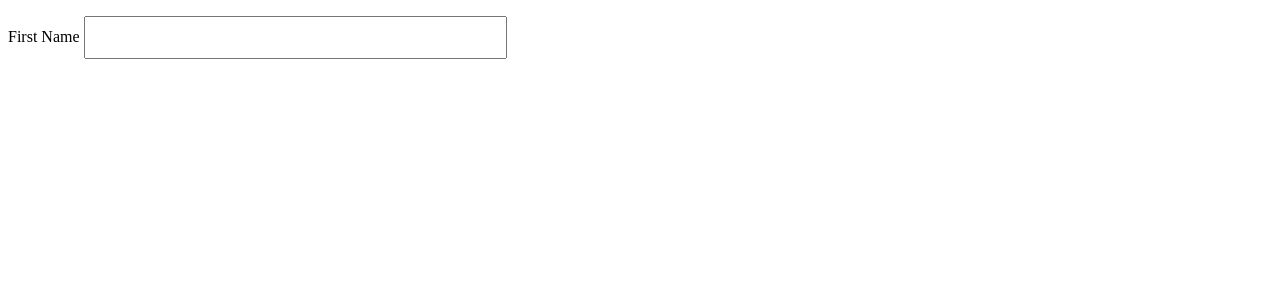
Repository: mubashirkhan1/Corejsvs__Programs
Page: http://localhost/TestWeb/hiddenform.jsp
An editor plug-in stored every save of this project. The page is shown before and after the next save, followed by the edit.
The browser window is 1280 px wide. The pictures show the whole page.
The page is served by Tomcat 9.

Above is the page before, as saved 2021-03-09 23:00:25.

After the next save:
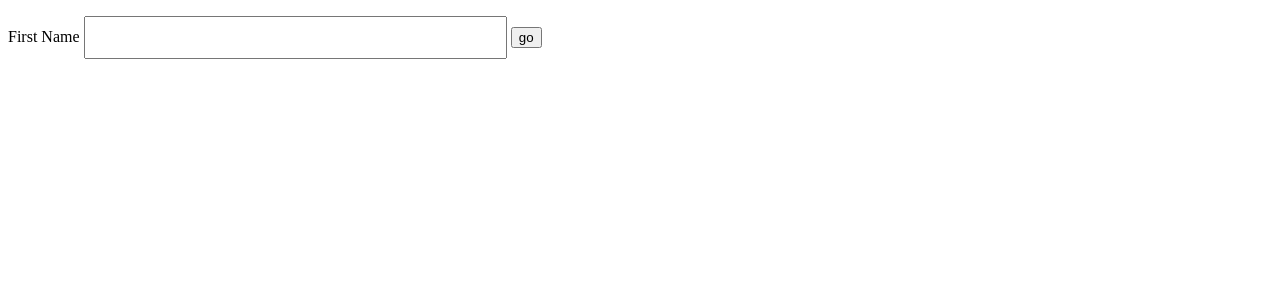
Saved 70 s later.
--- a/basicprogram/TestWeb/WebContent/hiddenform.jsp
+++ b/basicprogram/TestWeb/WebContent/hiddenform.jsp
@@ -18,6 +18,7 @@ input[type=text] {
 <form>
   <label for="fname">First Name</label>
   <input type="text" id="fname" name="fname">
+  	<button type="submit"  class="btn" > go</button>
 </form>
 </body>
 </html>
